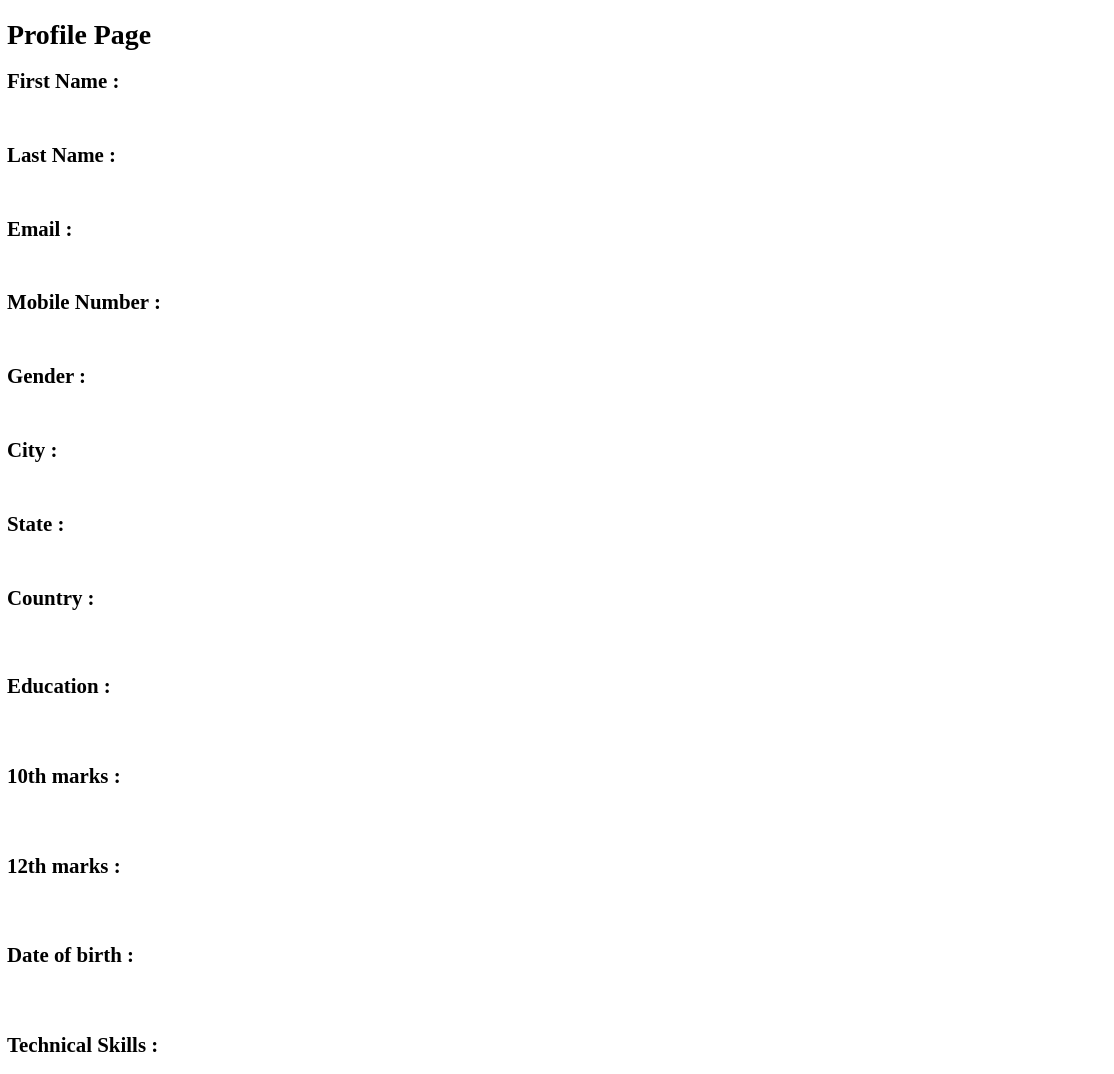
Repository: aboli-vyas/Servlet_Projects
Page: http://localhost/Sevlet_Project/Profile.jsp
An editor plug-in stored every save of this project. The page is shown before and after a run of saves, followed by the edit.
The browser window is 1280 px wide. The pictures show the whole page, at 87% of full size.
The page is served by Tomcat 10. The template is opened directly, without the code that normally fills it, so the values that code supplies are empty.

Above is the page before, as saved 2025-06-10 07:56:31.

After the next 2 saves:
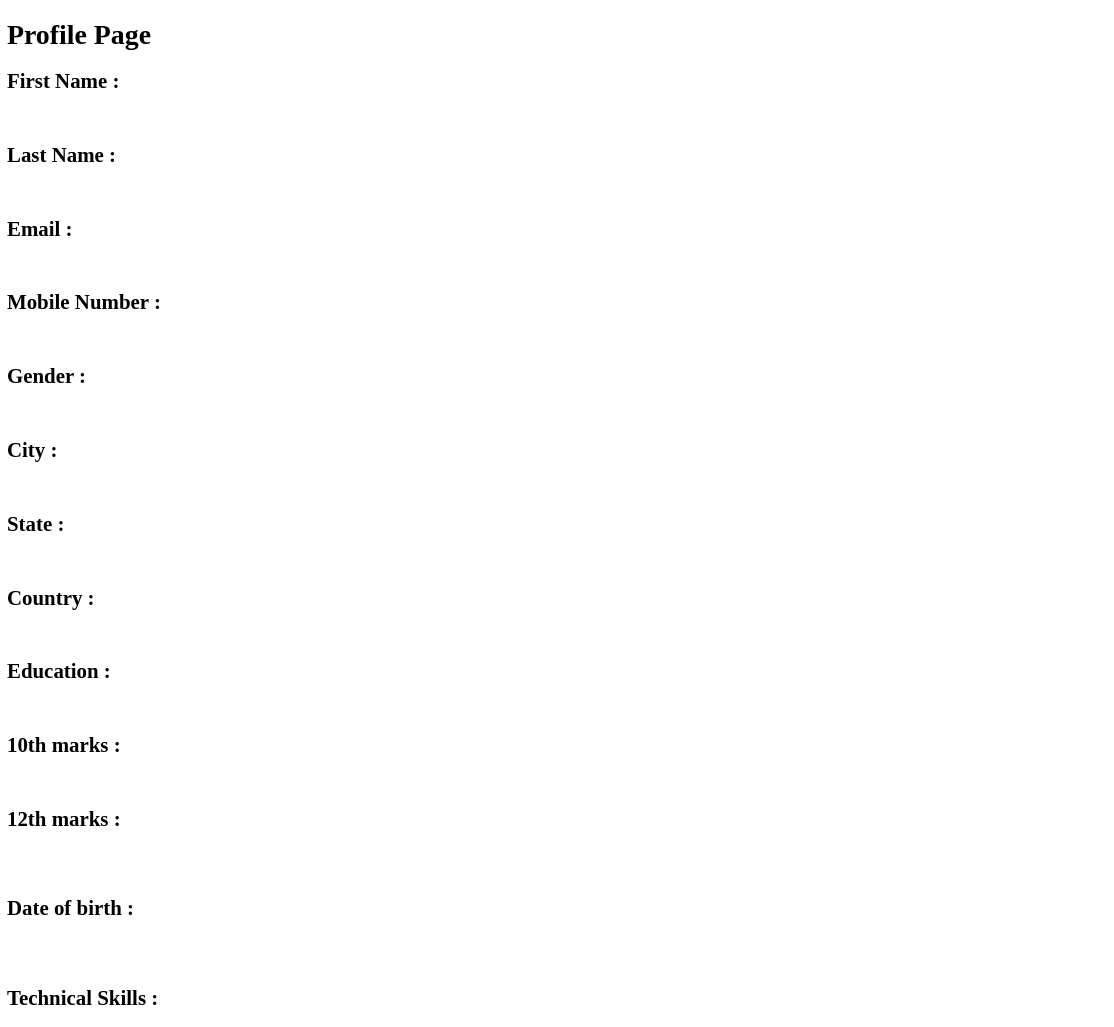
The 2 saves are shown as one change because they came seconds apart.
The last was saved 9 s later.
--- a/Sevlet_Project/src/main/webapp/Profile.jsp
+++ b/Sevlet_Project/src/main/webapp/Profile.jsp
@@ -25,11 +25,11 @@
 	<h2>State :${State}</h2>
 	<br>
 	<h2>Country :${Country}</h2>
-	<br><br>
+	<br>
     <h2>Education :${Education}</h2>
-    <br><br>
+    <br>
     <h2>10th marks :${tenth_Marks}</h2>
-    <br><br>
+    <br>
     <h2>12th marks :${twelth_Marks}</h2>
     <br><br>
     <h2>Date of birth :${Date_of_Birth}</h2>
